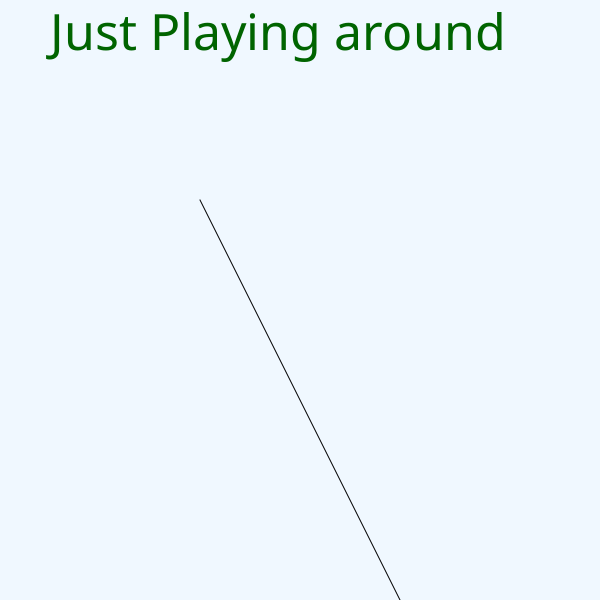
Repository: MaicDf/JavaFx_Playground
Program's window: java javaFxNotes/src/application/Main.java
The author's editor kept a copy of each file at every save. The program's window is drawn from the files as they stood at one save, then again after the next save.
It runs on Java 21 on a 1366 x 768 screen with JavaFX 11; the title bar is not drawn.

Above is the program's window before, as saved 2024-11-25 12:51:08.

After the next save:
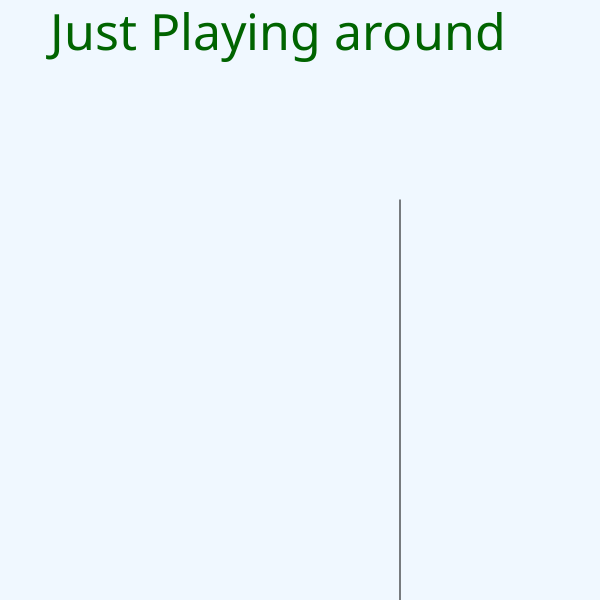
Saved 23 s later.
--- a/javaFxNotes/src/application/Main.java
+++ b/javaFxNotes/src/application/Main.java
@@ -29,7 +29,7 @@
 
 
 		Line line=new Line();
-		line.setStartX(200);
+		line.setStartX(400);
 		line.setStartY(200);
 		line.setEndX(400);
 		line.setEndY(600);
